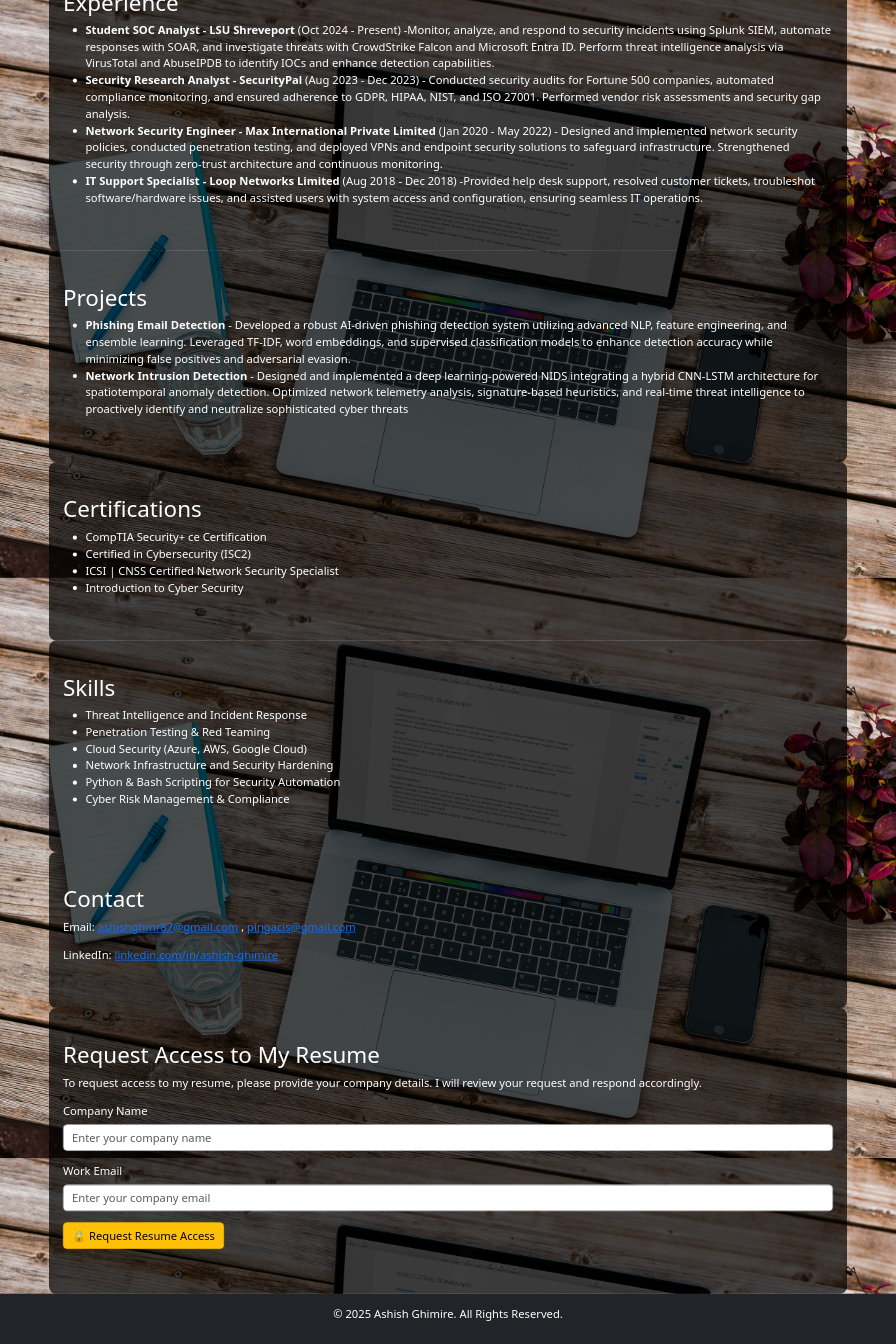
Repository: NetworkNinja11/ashishghimire.github.io
Page: index.html
The author's editor kept a copy of each file at every save. The page is drawn from the files as they stood at one save, then again after the next save.
The browser window is 1280 px wide. The pictures show the part of the page from y = 833 to 2753 px (the page is 2753 px tall), at 70% of full size.
Backgrounds fixed to the window are drawn as part of the page.

Above is the page before, as saved 2025-03-11 01:23:52.
Not found: styles.css

After the next save:
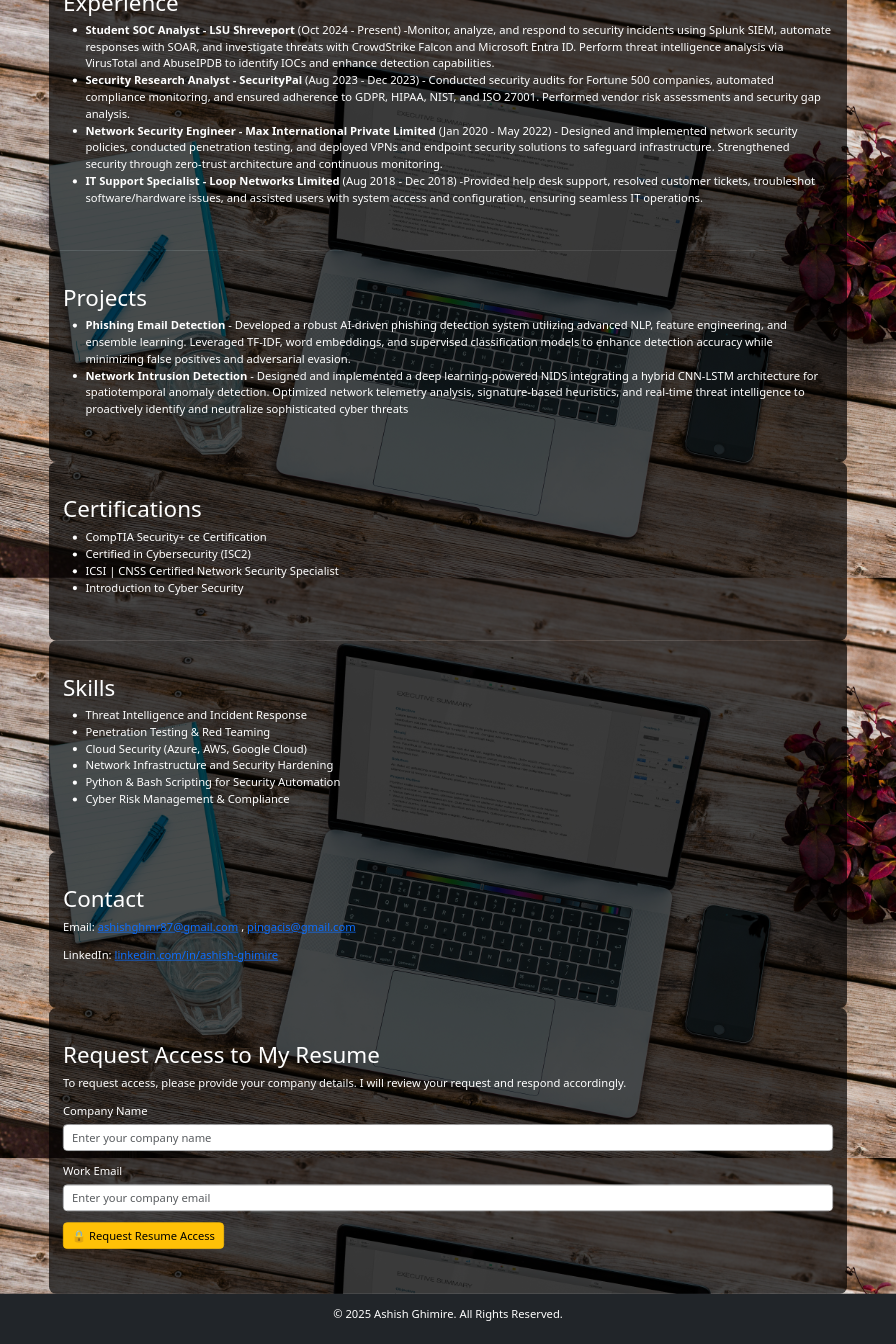
Saved 5 min 18 s later.
--- a/index.html
+++ b/index.html
@@ -101,23 +101,25 @@
 
     <section id="resume-request" class="container py-5 content-section">
         <h2>Request Access to My Resume</h2>
-        <p>To request access to my resume, please provide your company details. I will review your request and respond accordingly.</p>
+        <p>To request access, please provide your company details. I will review your request and respond accordingly.</p>
 
-        <!-- Request Access Form -->
-        <form id="resumeRequestForm">
+        <form id="resumeRequestForm" action="https://formspree.io/f/YOUR_FORMSPREE_ID" method="POST">
             <div class="mb-3">
                 <label for="companyName" class="form-label">Company Name</label>
-                <input type="text" id="companyName" class="form-control" placeholder="Enter your company name" required>
+                <input type="text" name="Company Name" id="companyName" class="form-control" placeholder="Enter your company name" required>
             </div>
             <div class="mb-3">
                 <label for="email" class="form-label">Work Email</label>
-                <input type="email" id="email" class="form-control" placeholder="Enter your company email" required>
+                <input type="email" name="Work Email" id="email" class="form-control" placeholder="Enter your company email" required>
             </div>
+            <input type="hidden" name="_subject" value="New Resume Access Request">
+            <input type="hidden" name="_cc" value="pingacis@gmail.com">
             <button type="submit" class="btn btn-warning">🔒 Request Resume Access</button>
         </form>
 
         <p id="requestMessage" class="mt-3"></p>
     </section>
+
 
 
     <footer class="text-center bg-dark text-white py-3">
